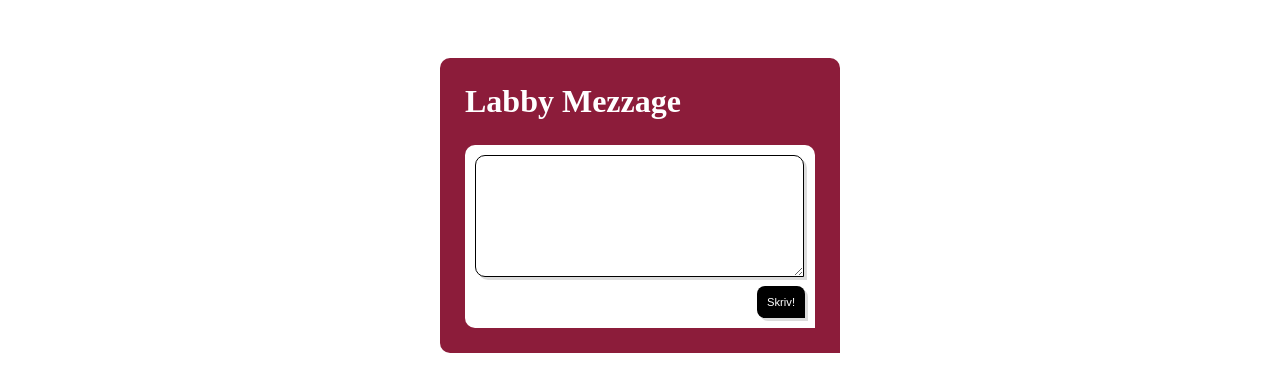
Repository: lw222gu/1dv403-laborationer
Page: 2-labbymezzage/index.html
The author's editor kept a record of every edit. The page is drawn from the files as they stood at one moment, then again after the next edit.
The browser window is 1280 px wide. The pictures show the whole page.
Some web fonts or font styles are not loaded; a fallback is used.

Above is the page before.

After the next edit:
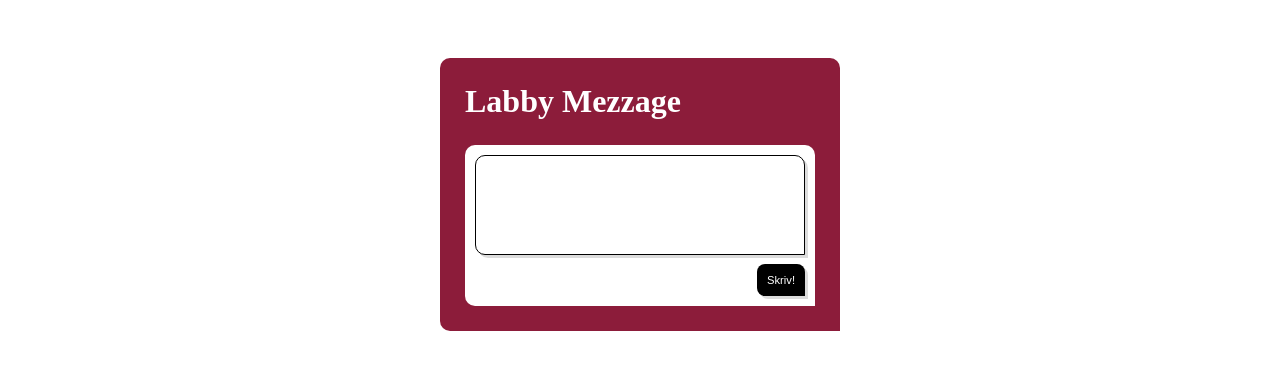
The edit:
--- a/2-labbymezzage/style.css
+++ b/2-labbymezzage/style.css
@@ -30,7 +30,9 @@
 }
 
 .textbox {
-    width: 307px;
+    resize:none;
+    box-sizing:border-box;
+    width: 100%;
     overflow:auto;
     height:100px;
     padding:10px;
